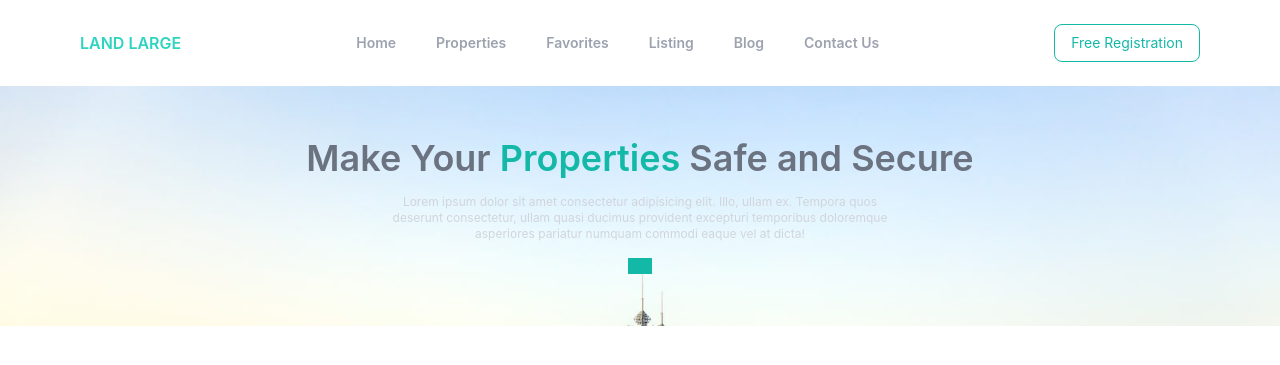
Repository: MuniruIssah/realestate
Page: /
An editor plug-in stored every save of this project. The page is shown before and after the next save, followed by the edit.
The browser window is 1280 px wide. The pictures show the whole page.
The project was rebuilt for these pictures with package versions that can differ from the ones it lists, and the page was loaded fresh each time. Also part of the build but not shown: src/App.css.

Above is the page before, as saved 2022-02-19 22:03:04.

### src/App.js
import logo from './logo.svg';
import './App.css';
import Header from './components/Header';
import Jumbotron from './components/Jumbotron';

function App() {
  return (
    <div className="h-screen">
      <Header/>
      <Jumbotron/>

    </div>
  );
}

export default App;

### src/components/Header.js
import React from "react";
const links = [
  "Home",
  "Properties",
  "Favorites",
  "Listing",
  "Blog",
  "Contact Us",
];
const Header = () => {
  return (
    <div className="flex justify-between items-center px-3 lg:px-20 py-6">
      <span className="uppercase text-teal-400  font-semibold">land large</span>
      <div className="hidden lg:flex space-x-10 items-center">
        {links.map((link, index) => (
          <LinkItem key={index} name={link} />
        ))}
      </div>
      <button className="text-teal-500 border border-teal-500 rounded rounded-lg py-2 px-4 text-sm">
          Free Registration
      </button>
    </div>
  );
};

export default Header;

const LinkItem = ({ name }) => {
  return (
    <a href="#" className="text-gray-400 hover:text-teal-500 font-semibold text-sm">
      {name}
    </a>
  );
};

### src/components/Jumbotron.js
import React from "react";
import building from "../assets/building_cloud.jpg";
const Jumbotron = () => {
  return (
    <div
      style={{ backgroundImage: `url(${building})` }}
      className="h-1/3 flex flex-col justify-center items-center space-y-4 w-full  bg-no-repeat bg-cover"
    >
      <span className="lg:text-4xl text-gray-500 text-center font-semibold">
        Make Your <span className="text-teal-500">Properties</span> Safe and
        Secure
      </span>
      <p className="text-gray-300 text-xs text-center max-w-lg">
        Lorem ipsum dolor sit amet consectetur adipisicing elit. Illo, ullam ex.
        Tempora quos deserunt consectetur, ullam quasi ducimus provident
        excepturi temporibus doloremque asperiores pariatur numquam commodi
        eaque vel at dicta!
      </p>
      <button className="text-white bg-teal-500 py-2 px-3">

      </button>
    </div>
  );
};

export default Jumbotron;

Loaded but not shown: public/index.html (common file); src/index.js (common file); src/index.css (common file); src/reportWebVitals.js (common file); tailwind.config.js (common file)

After the next save:
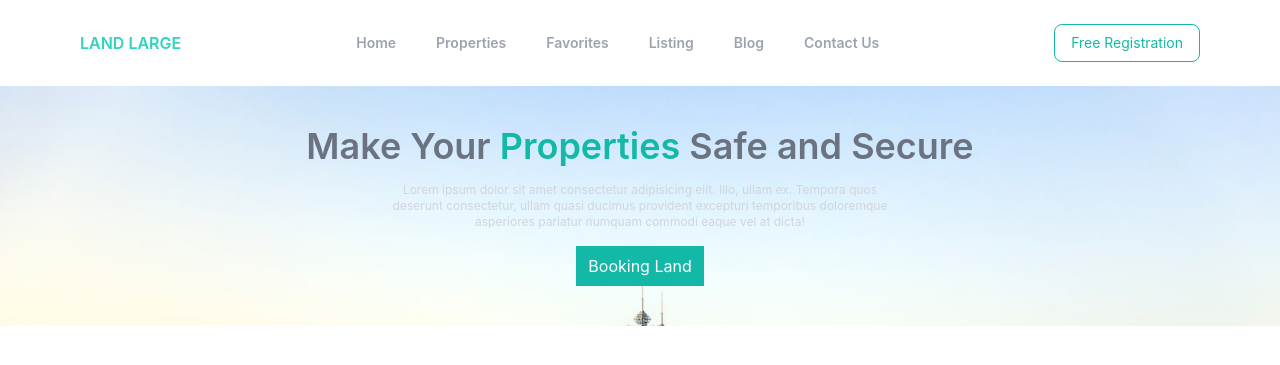
Saved 6 s later.
--- a/src/components/Jumbotron.js
+++ b/src/components/Jumbotron.js
@@ -17,7 +17,7 @@ const Jumbotron = () => {
         eaque vel at dicta!
       </p>
       <button className="text-white bg-teal-500 py-2 px-3">
-
+          Booking Land
       </button>
     </div>
   );
